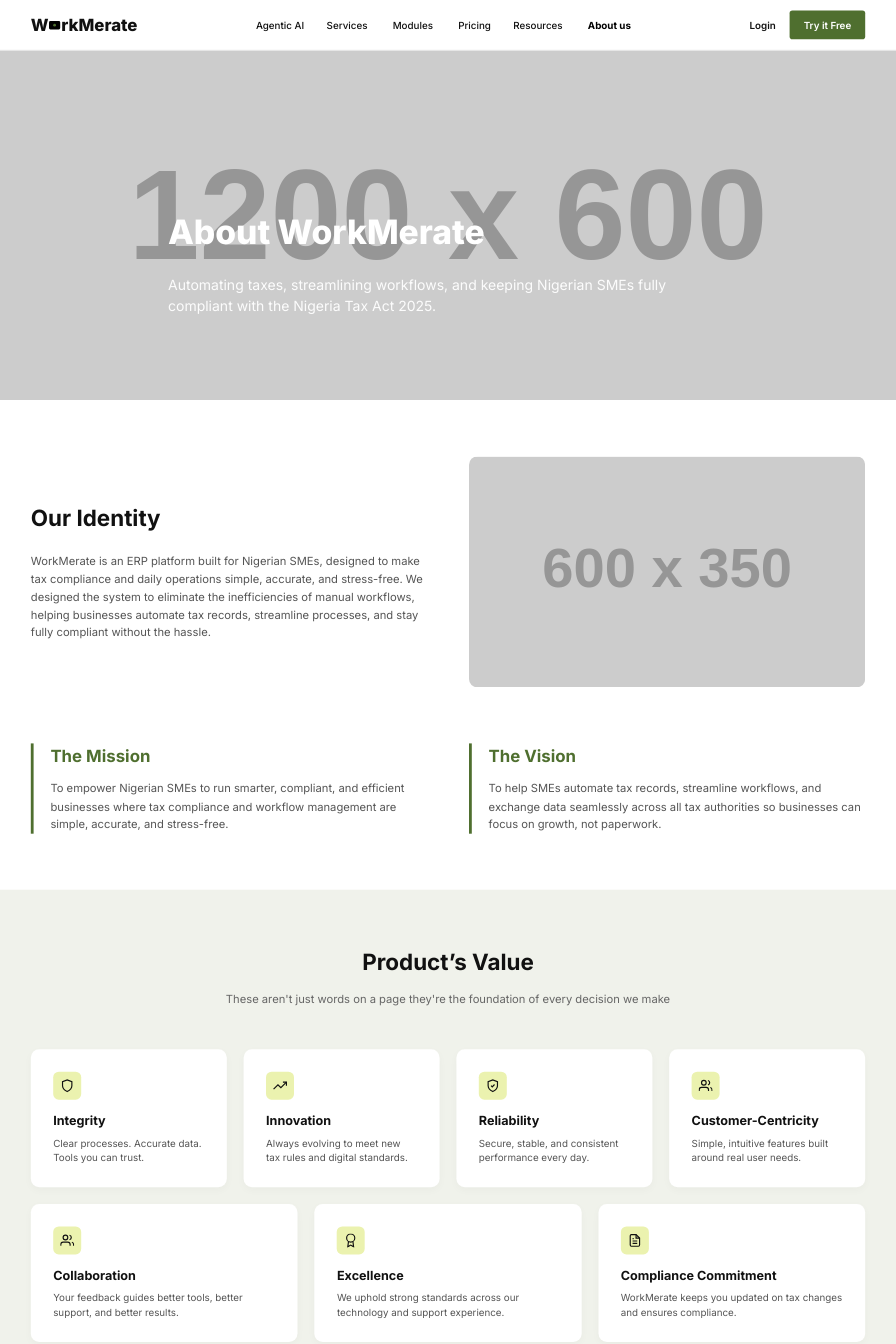
Repository: AYANO-EMMANUEL/workmerate
Page: about.html
The author's editor kept a copy of each file at every save. The page is drawn from the files as they stood at one save, then again after a run of saves.
The browser window is 1280 px wide. The pictures show the part of the page from y = 0 to 1920 px (the page is 3402 px tall), at 70% of full size.

Above is the page before, as saved 2026-02-02 14:24:31.

After the next 4 saves:
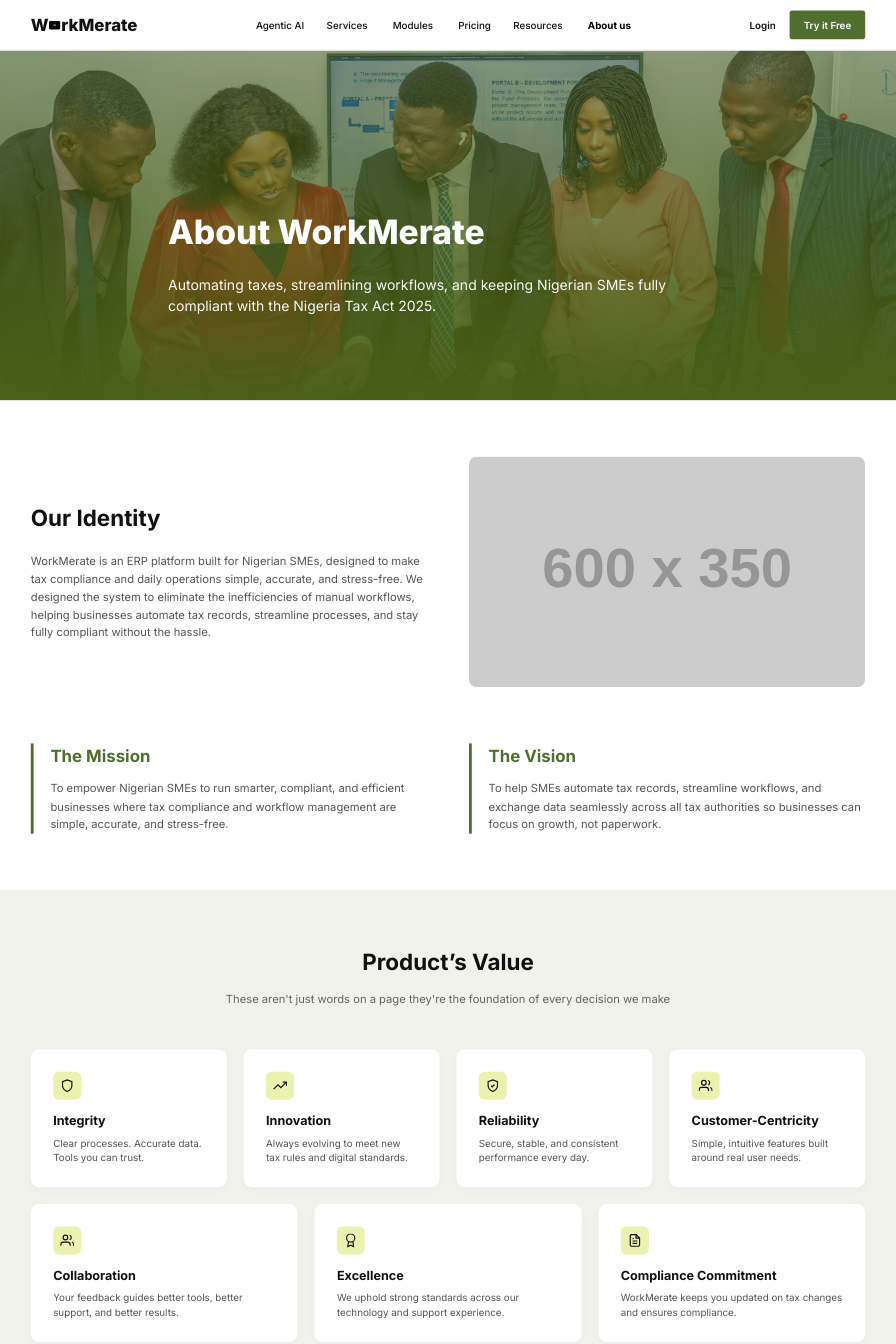
The 4 saves are shown as one change because they came seconds apart.
The last was saved 9 s later.
--- a/about.css
+++ b/about.css
@@ -153,7 +153,7 @@
 /* --- 1. About Hero --- */
 .about-hero {
   /* Using a gradient overlay on a placeholder image background */
-  background: url("https://placehold.co/1200x600/333333/666666?text=Background");
+  background: url("./assets/about-us-hero.png");
   background-size: cover;
   background-position: center;
   color: #fff;
